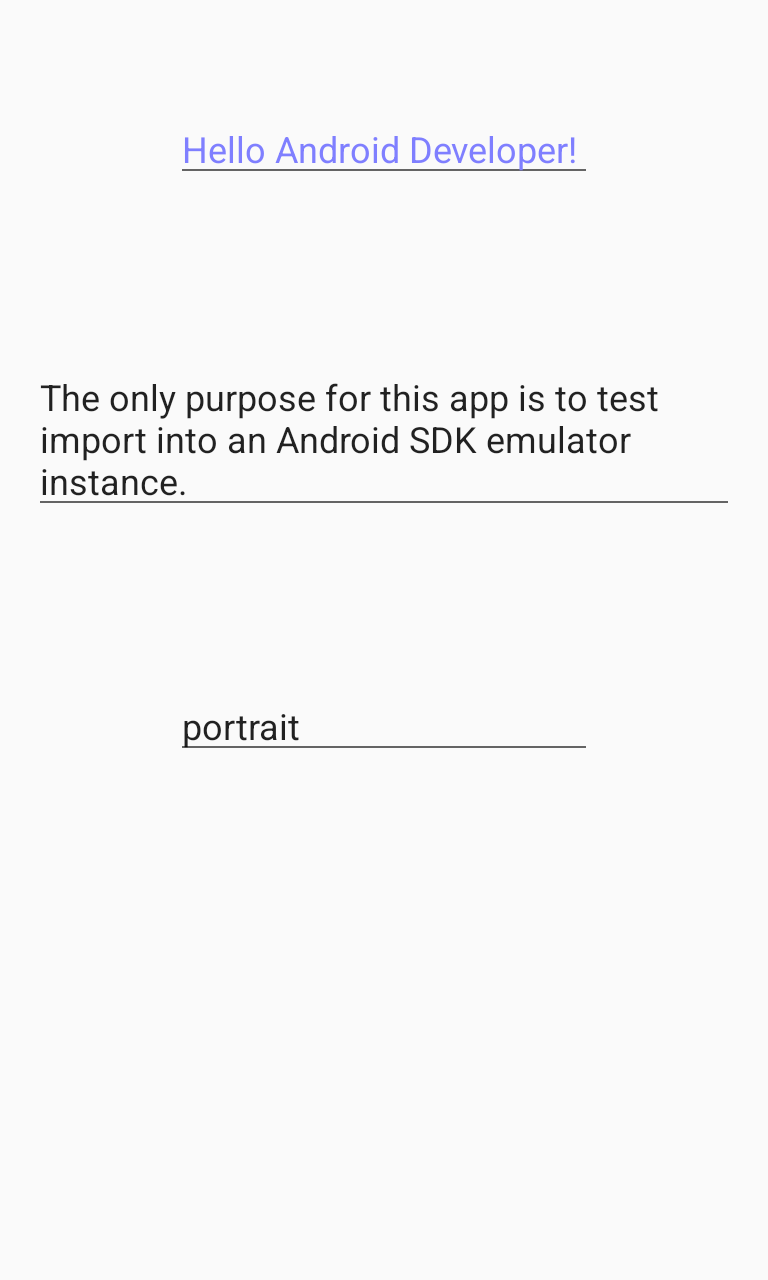
Repository: hdemby/workspace
Layout: TestApp/res/layout/activity_main.xml
These files come from the project's save history. The layout is drawn as it stood at one moment and after the next save; the edit follows.
It is drawn on a 768 x 1280 px phone screen (xhdpi) without system bars, with theme AppTheme; the app's code is not run.

Above is the layout before, as saved 2014-11-14 15:30:27.

After the next save:
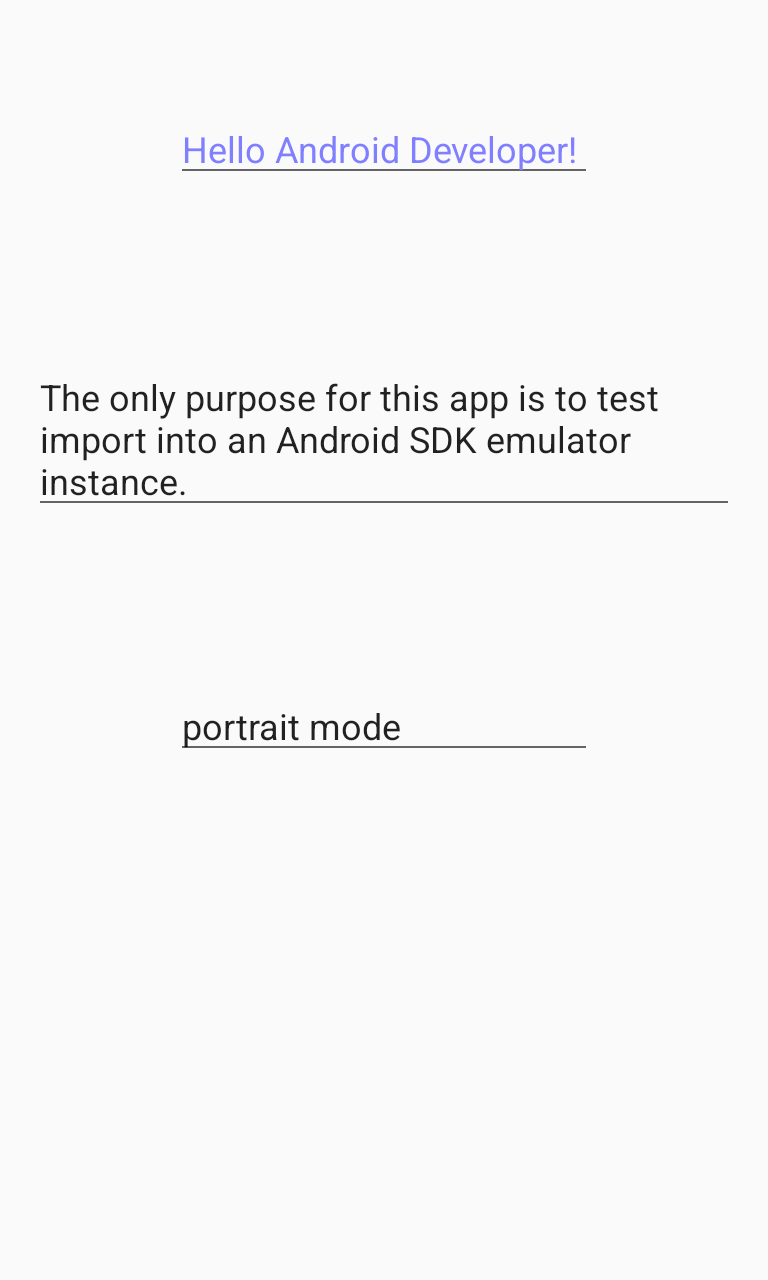
Saved 4 min 57 s later.
--- a/TestApp/res/layout/activity_main.xml
+++ b/TestApp/res/layout/activity_main.xml
@@ -52,6 +52,6 @@
         android:focusable="false"
         android:focusableInTouchMode="false"
         android:inputType="text"
-        android:text="portrait" />
+        android:text="portrait mode" />
 
 </RelativeLayout>
--- a/TestApp/res/values/strings.xml
+++ b/TestApp/res/values/strings.xml
@@ -5,7 +5,7 @@
     <string name="hello_world" translatable="false">Hello Android Developer!</string>
     <string name="action_settings" translatable="false">Settings</string>
     <string name="content_main" translatable="false">The only purpose for this app is to test import into an Android SDK emulator instance.</string>
-    <string name="orient_view">landacape</string>
+    <string name="orient_view">landacape mode</string>
 
 
 </resources>
